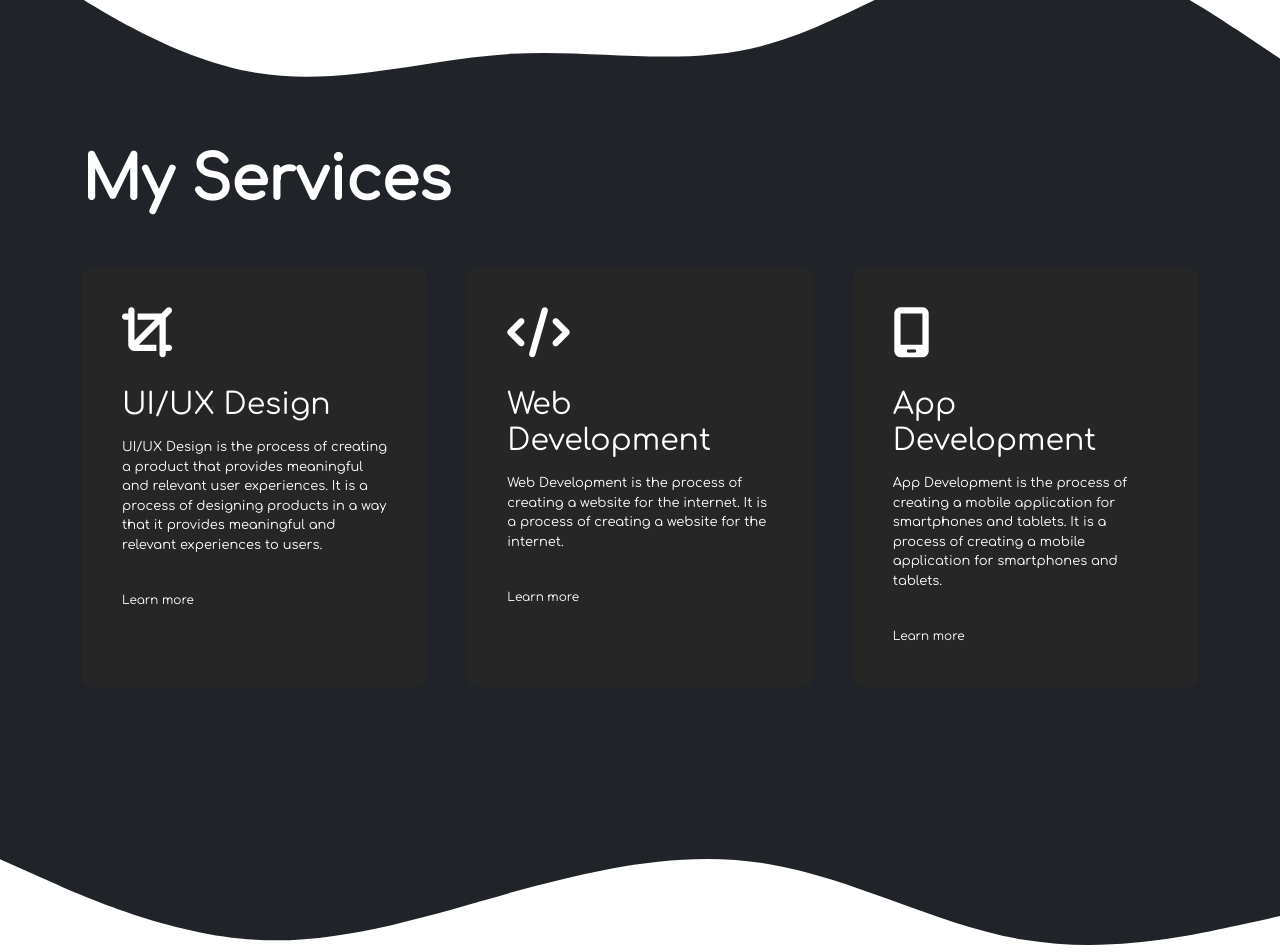
Repository: MMALI3287/Resume
Page: index.html
The author's editor kept a copy of each file at every save. The page is drawn from the files as they stood at one save, then again after the next save.
The browser window is 1280 px wide. The pictures show the part of the page from y = 3987 to 4939 px (the page is 6595 px tall).
A picture or video elsewhere on the page could not be fetched, so the positions and the page height are approximate. Some web libraries are served in a nearby version.

Above is the page before, as saved 2023-07-15 23:23:22.

After the next save:
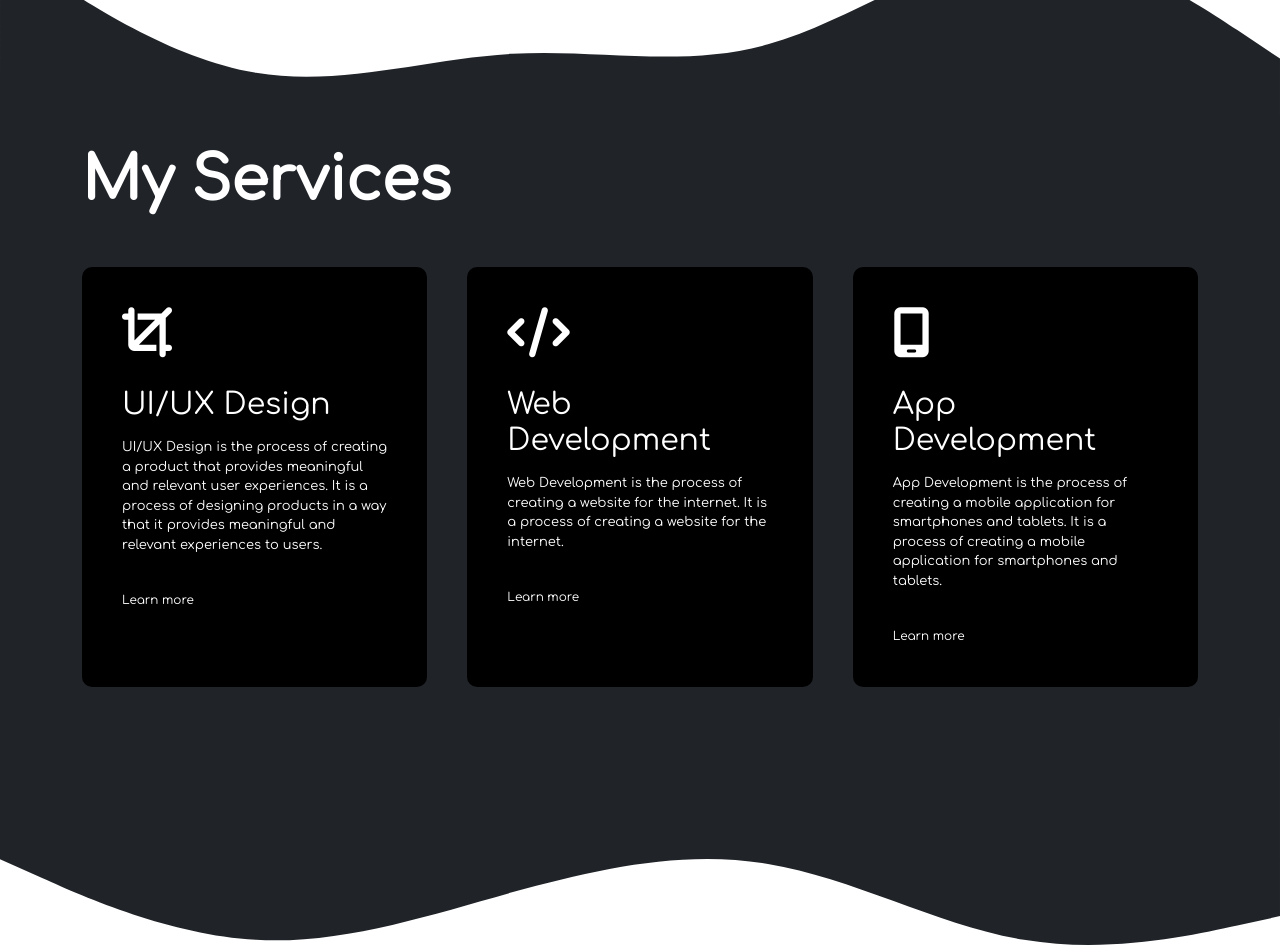
Saved 72 s later.
--- a/css/style.css
+++ b/css/style.css
@@ -243,7 +243,7 @@
 }
 
 .services-list div {
-  background: #262626;
+  background: #000;
   color: #fff;
   padding: 40px;
   font-size: 13px;
